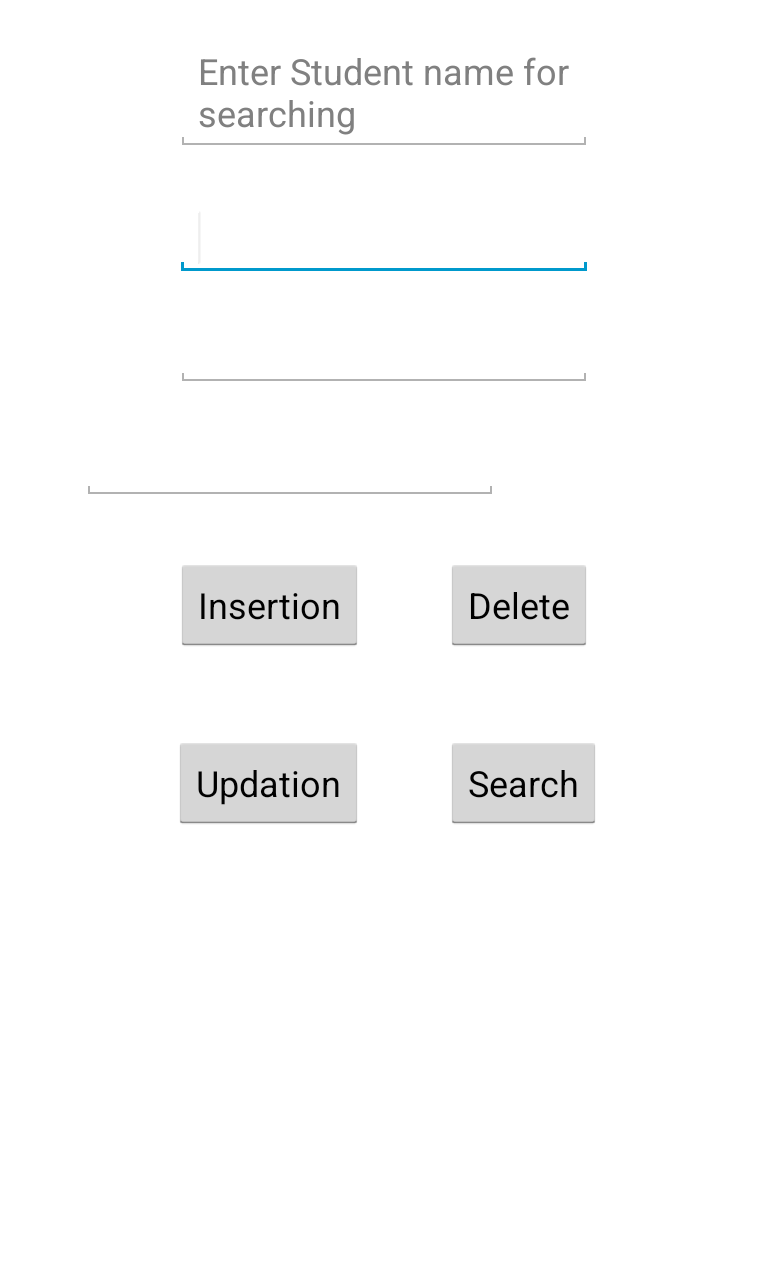
Repository: amittttt/Android-HP
Layout: Sqllite/res/layout/activity_main.xml
These files come from the project's save history. The layout is drawn as it stood at one moment and after the next save; the edit follows.
It is drawn on a 768 x 1280 px phone screen (xhdpi) without system bars, with theme AppTheme; the app's code is not run.

Above is the layout before, as saved 2016-05-13 05:05:51.

### Sqllite/res/layout/activity_main.xml
<RelativeLayout xmlns:android="http://schemas.android.com/apk/res/android"
    xmlns:tools="http://schemas.android.com/tools"
    android:layout_width="match_parent"
    android:layout_height="match_parent"
    android:paddingBottom="@dimen/activity_vertical_margin"
    android:paddingLeft="@dimen/activity_horizontal_margin"
    android:paddingRight="@dimen/activity_horizontal_margin"
    android:paddingTop="@dimen/activity_vertical_margin"
    tools:context=".MainActivity" >

    <EditText
        android:id="@+id/search"
        android:layout_width="wrap_content"
        android:layout_height="wrap_content"
        android:layout_alignParentTop="true"
        android:layout_centerHorizontal="true"
        android:ems="10"
        android:hint="Enter Student name for searching"
        />

    <EditText
        android:id="@+id/fname"
        android:layout_width="wrap_content"
        android:layout_height="wrap_content"
        android:layout_below="@+id/search"
        android:layout_centerHorizontal="true"
        android:layout_marginTop="23dp"
        android:ems="10" >

        <requestFocus />
    </EditText>

    <EditText
        android:id="@+id/lname"
        android:layout_width="wrap_content"
        android:layout_height="wrap_content"
        android:layout_alignLeft="@+id/fname"
        android:layout_below="@+id/fname"
        android:layout_marginTop="16dp"
        android:ems="10" />

    <Button
        android:id="@+id/update"
        android:layout_width="wrap_content"
        android:layout_height="wrap_content"
        android:layout_alignRight="@+id/insert"
        android:layout_below="@+id/insert"
        android:layout_marginTop="41dp"
        android:text="Updation" />

    <Button
        android:id="@+id/insert"
        android:layout_width="wrap_content"
        android:layout_height="wrap_content"
        android:layout_alignLeft="@+id/lname"
        android:layout_below="@+id/lname"
        android:layout_marginTop="84dp"
        android:text="Insertion" />

    <EditText
        android:id="@+id/add"
        android:layout_width="wrap_content"
        android:layout_height="wrap_content"
        android:layout_alignParentLeft="true"
        android:layout_below="@+id/lname"
        android:layout_marginLeft="24dp"
        android:layout_marginTop="17dp"
        android:ems="10"
        android:inputType="phone" />

    <Button
        android:id="@+id/delete"
        android:layout_width="wrap_content"
        android:layout_height="wrap_content"
        android:layout_above="@+id/update"
        android:layout_alignRight="@+id/lname"
        android:text="Delete" />

    <Button
        android:id="@+id/searchbtn"
        android:layout_width="wrap_content"
        android:layout_height="wrap_content"
        android:layout_alignBaseline="@+id/update"
        android:layout_alignBottom="@+id/update"
        android:layout_alignLeft="@+id/delete"
        android:text="Search" />

</RelativeLayout>

Loaded but not shown: Sqllite/res/values/styles.xml (common file); Sqllite/res/values-v11/styles.xml (common file); Sqllite/res/values-v14/styles.xml (common file); Sqllite/res/values/dimens.xml (common file)

After the next save:
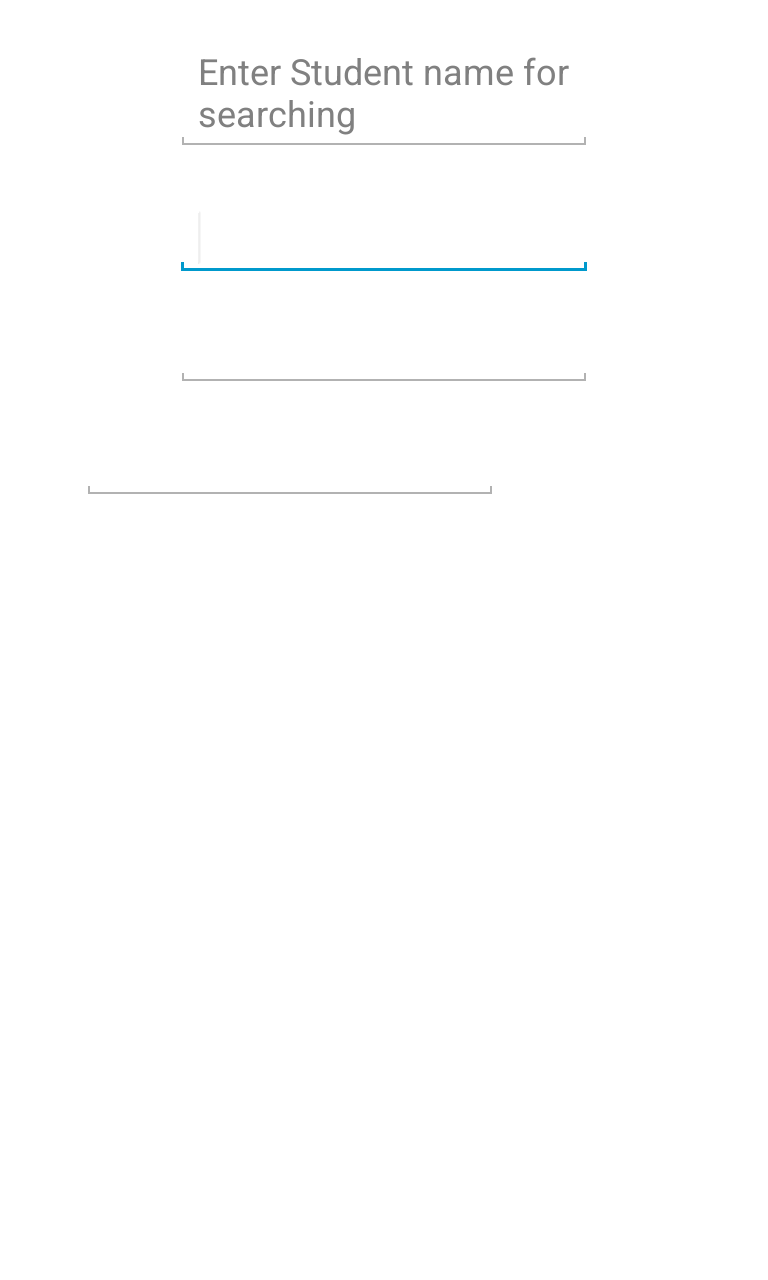
Saved 3 min 7 s later.
--- a/Sqllite/res/layout/activity_main.xml
+++ b/Sqllite/res/layout/activity_main.xml
@@ -39,24 +39,6 @@
         android:layout_marginTop="16dp"
         android:ems="10" />
 
-    <Button
-        android:id="@+id/update"
-        android:layout_width="wrap_content"
-        android:layout_height="wrap_content"
-        android:layout_alignRight="@+id/insert"
-        android:layout_below="@+id/insert"
-        android:layout_marginTop="41dp"
-        android:text="Updation" />
-
-    <Button
-        android:id="@+id/insert"
-        android:layout_width="wrap_content"
-        android:layout_height="wrap_content"
-        android:layout_alignLeft="@+id/lname"
-        android:layout_below="@+id/lname"
-        android:layout_marginTop="84dp"
-        android:text="Insertion" />
-
     <EditText
         android:id="@+id/add"
         android:layout_width="wrap_content"
@@ -68,21 +50,4 @@
         android:ems="10"
         android:inputType="phone" />
 
-    <Button
-        android:id="@+id/delete"
-        android:layout_width="wrap_content"
-        android:layout_height="wrap_content"
-        android:layout_above="@+id/update"
-        android:layout_alignRight="@+id/lname"
-        android:text="Delete" />
-
-    <Button
-        android:id="@+id/searchbtn"
-        android:layout_width="wrap_content"
-        android:layout_height="wrap_content"
-        android:layout_alignBaseline="@+id/update"
-        android:layout_alignBottom="@+id/update"
-        android:layout_alignLeft="@+id/delete"
-        android:text="Search" />
-
 </RelativeLayout>
